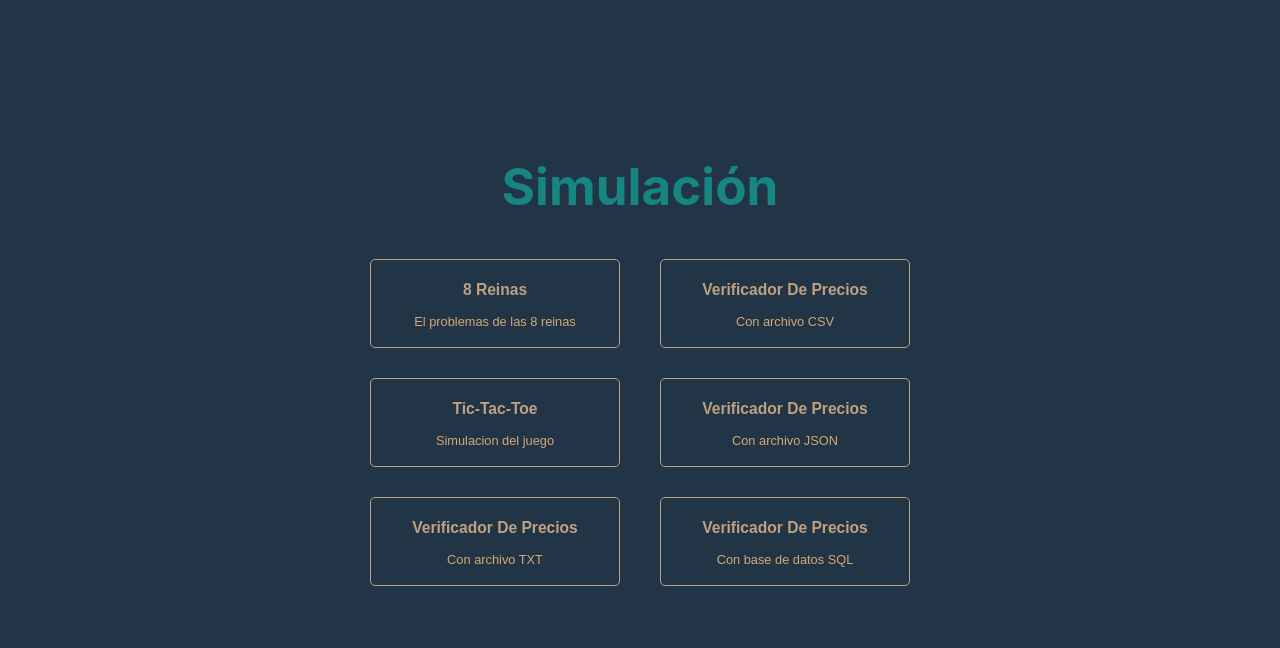
Repository: JoyMoGas/Simulacion
Page: / (app in home-page/)
These files come from the project's save history. The page is drawn as it stood at one moment and after the next save; the edit follows.
The browser window is 1280 px wide. The pictures show the whole page.
The project was rebuilt for these pictures with package versions that can differ from the ones it lists, and the page was loaded fresh each time. Also part of the build but not shown: home-page/vite.config.js.

Above is the page before, as saved 2025-04-29 21:10:21.

After the next save:
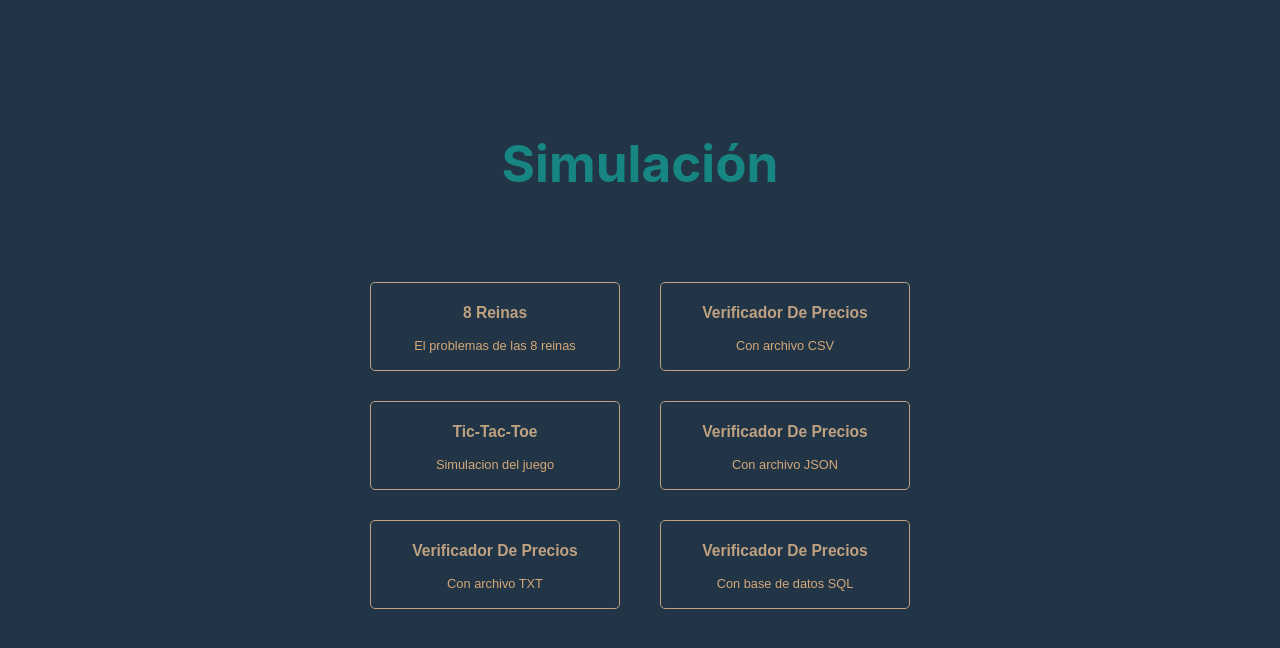
Saved 3 min 3 s later.
--- a/home-page/src/App.jsx
+++ b/home-page/src/App.jsx
@@ -5,6 +5,7 @@ function App() {
   return (
     <>
       <h1>Simulación</h1>
+      <h3>Realizado por: José Antonio Montaño Gastélum</h3>
       <div className="btn-row">
         <div className="btn-column">
           <ProjectButton title="8 Reinas" url="https://ocho-reinas-two.vercel.app" subtitle="El problemas de las 8 reinas" />
